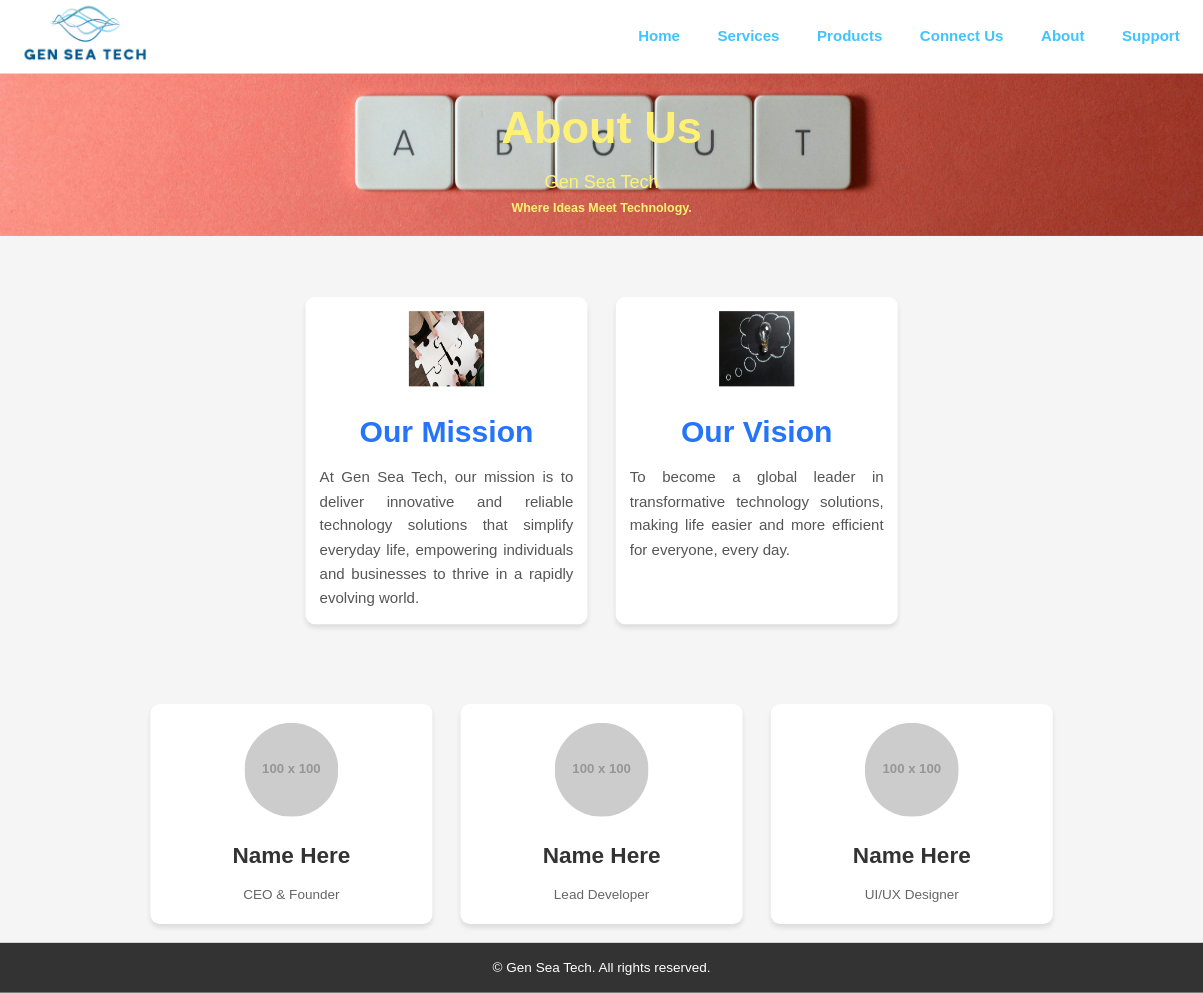
Repository: aniketkhatawkar/Gen_Sea_Tech
Page: http://localhost/GenSeaTech/about.jsp
These files come from the project's save history. The page is drawn as it stood at one moment and after the next save; the edit follows.
The browser window is 1280 px wide. The pictures show the whole page, at 94% of full size.
The page is served by Tomcat 10. Other server files are loaded and not shown.

Above is the page before, as saved 2024-12-14 12:04:27.

### GenSeaTech/src/main/webapp/about.jsp
<!DOCTYPE html>
<html lang="en">
<head>
<meta charset="UTF-8">
<meta name="viewport" content="width=device-width, initial-scale=1.0">
<title>About</title>
<link rel="icon" href="assets/logo.png" type="image/png" >
<style>
    * {
        margin: 0;
        padding: 0;
        box-sizing: border-box;
        font-family: 'Arial', sans-serif;
    }

    body {
        background-color: #f5f5f5;
        color: #333;
        overflow-x: hidden;
    }

    header {
	    background:  url("assets/about.jpg") no-repeat center center;
	    background-size: cover;
	    object-fit: cover;
		color: #fff176;
	    padding: 20px 10px;
	    text-align: center;
	}

    header h1 {
        font-size: 3rem;
        margin-bottom: 5px;
    }

    header p {
        font-size: 1.2rem;
    }

    .mission-vision-section {
        display: flex;
        flex-wrap: wrap;
        justify-content: center;
        gap: 30px;
        margin: 15px;
        padding: 50px;
    }

    .mission-vision-card {
        background: white;
        border-radius: 10px;
        box-shadow: 0 4px 6px rgba(0, 0, 0, 0.1);
        padding: 15px;
        text-align: center;
        width: 300px;
        transition: transform 0.3s ease, box-shadow 0.3s ease;
    }

    .mission-vision-card img {
        width: 80px;
        height: 80px;
        margin-bottom: 15px;
    }

    .mission-vision-card h2 {
        font-size: 2rem;
        color: #2575fc;
        margin-bottom: 10px;
    }

    .mission-vision-card p {
        font-size: 1rem;
        line-height: 1.6;
        color: #555;
        text-align: justify;
    }

    .about-section {
        display: flex;
        flex-wrap: wrap;
        justify-content: center;
        padding: 20px 10px;
        gap: 30px;
    }

    .about-card {
        background: white;
        border-radius: 10px;
        box-shadow: 0 4px 6px rgba(0, 0, 0, 0.1);
        padding: 20px;
        text-align: center;
        width: 300px;
        transition: transform 0.3s ease, box-shadow 0.3s ease;
    }

    .about-card:hover {
        transform: translateY(-10px);
        box-shadow: 0 8px 12px rgba(0, 0, 0, 0.2);
    }

    .about-card img {
        width: 100px;
        height: 100px;
        border-radius: 50%;
        margin-bottom: 15px;
    }

    .about-card h3 {
        margin-bottom: 10px;
        font-size: 1.5rem;
    }

    .about-card p {
        font-size: 0.9rem;
        color: #666;
    }

    @media (max-width: 768px) {
        header h1 {
            font-size: 2.5rem;
        }

        .mission-vision-card {
            width: 100%;
            max-width: 400px;
        }

        .about-card {
            width: 100%;
            max-width: 300px;
        }
    }
</style>
</head>
<body>
	<!-- NavBar -->
	<%@ include file="navbar.jsp" %>

    <header>
        <h1>About Us</h1>
        <p>Gen Sea Tech</p>
        <h5>Where Ideas Meet Technology.</h5>
    </header>

    <section class="mission-vision-section">
        <div class="mission-vision-card">
            <img src="assets/mission.jpg" alt="Mission Icon">
            <h2>Our Mission</h2>
            <p>At Gen Sea Tech, our mission is to deliver innovative and reliable technology solutions that simplify everyday life, empowering individuals and businesses to thrive in a rapidly evolving world.</p>
        </div>

        <div class="mission-vision-card">
            <img src="assets/vision.jpg" alt="Vision Icon">
            <h2>Our Vision</h2>
            <p>To become a global leader in transformative technology solutions, making life easier and more efficient for everyone, every day.</p>
        </div>
    </section>

    <section class="about-section" id="team">
        <div class="about-card">
            <img src="https://via.placeholder.com/100" alt="Team Member">
            <h3>Name Here</h3>
            <p>CEO & Founder</p>
        </div>

        <div class="about-card">
            <img src="https://via.placeholder.com/100" alt="Team Member">
            <h3>Name Here</h3>
            <p>Lead Developer</p>
        </div>

        <div class="about-card">
            <img src="https://via.placeholder.com/100" alt="Team Member">
            <h3>Name Here</h3>
            <p>UI/UX Designer</p>
        </div>
    </section>

	<!-- Footer -->
    <%@ include file="footer.jsp" %>
</body>
</html>

### GenSeaTech/src/main/webapp/navbar.jsp
<%@ page language="java" contentType="text/html; charset=UTF-8"
    pageEncoding="UTF-8"%>
<!DOCTYPE html>
<html>
<head>
<meta charset="UTF-8">
<title>Gen Sea Tech</title>
<link rel="icon" href="assets/logo.png" type="image/png" >
<style>
* {
	margin: 0;
	padding: 0;
	box-sizing: border-box;
	font-family: Arial, sans-serif;
}

body {
	line-height: 1.6;
}
.navbar {
	background-color: #ffffff;
	color: #fff;
	padding: 5px 5px;
	display: flex;
	justify-content: space-between;
	align-items: center;
	position: relative;
}

.navbar a {
	color: #40c4ff;
	text-decoration: none;
	margin: 0 20px;
	font-weight: bold;
}

.navbar a:hover {
	color: #757575;
}

.links {
	display: flex;
}
@media (max-width: 768px) {
	.links {
		display: none;
		flex-direction: column;
		background-color: #333;
		position: absolute;
		top: 50px;
		right: 10px;
		width: 200px;
		border-radius: 5px;
		box-shadow: 0px 4px 6px rgba(0, 0, 0, 0.1);
	}

	.links a {
		margin: 10px 0;
		text-align: center;
	}

	.hamburger {
		display: flex;
	}

	.links.active {
		display: flex;
	}
}
</style>
</head>
<body>
	<div class="navbar">
		<div class="logo">
        <a href="home.jsp"><img src="assets/namelogo.png" alt="Gen Sea Tech Logo" style="height: 60px; margin-right: 10px;"></a>
    	</div>
		<div class="links">
			<a href="home.jsp">Home</a>
			<a href="services.jsp">Services</a>
			<a href="products.jsp">Products</a>
			<a href="connectus.jsp">Connect Us</a>
			<a href="about.jsp">About</a>
			<a href="#support.jsp">Support</a>
		</div>
	</div>
</body>
</html>

### GenSeaTech/src/main/webapp/footer.jsp
<%@ page language="java" contentType="text/html; charset=UTF-8"
    pageEncoding="UTF-8"%>
<!DOCTYPE html>
<html>

<head>

<style>
	footer {
        background-color: #333;
        color: white;
        text-align: center;
        padding: 15px;
        margin-top: 0px;
    }

    footer p {
        font-size: 0.9rem;
    }
</style>

	<meta charset="UTF-8">
	<title>Footer</title>
</head>

<body>
	<footer>
        <p>&copy; Gen Sea Tech. All rights reserved.</p>
    </footer>
</body>

</html>

After the next save:
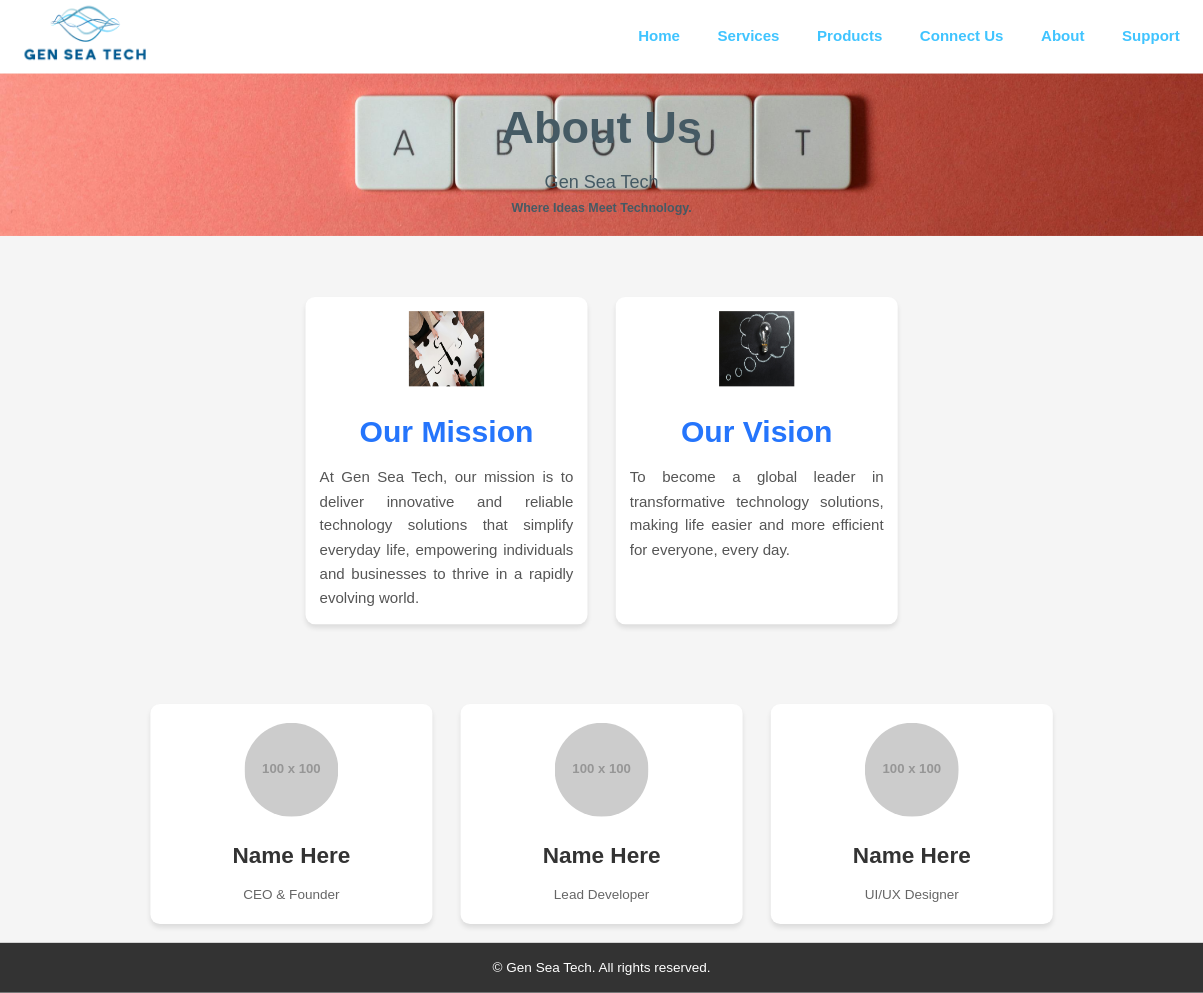
Saved 10 s later.
--- a/GenSeaTech/src/main/webapp/about.jsp
+++ b/GenSeaTech/src/main/webapp/about.jsp
@@ -23,7 +23,7 @@
 	    background:  url("assets/about.jpg") no-repeat center center;
 	    background-size: cover;
 	    object-fit: cover;
-		color: #fff176;
+		color: #455a64;
 	    padding: 20px 10px;
 	    text-align: center;
 	}
